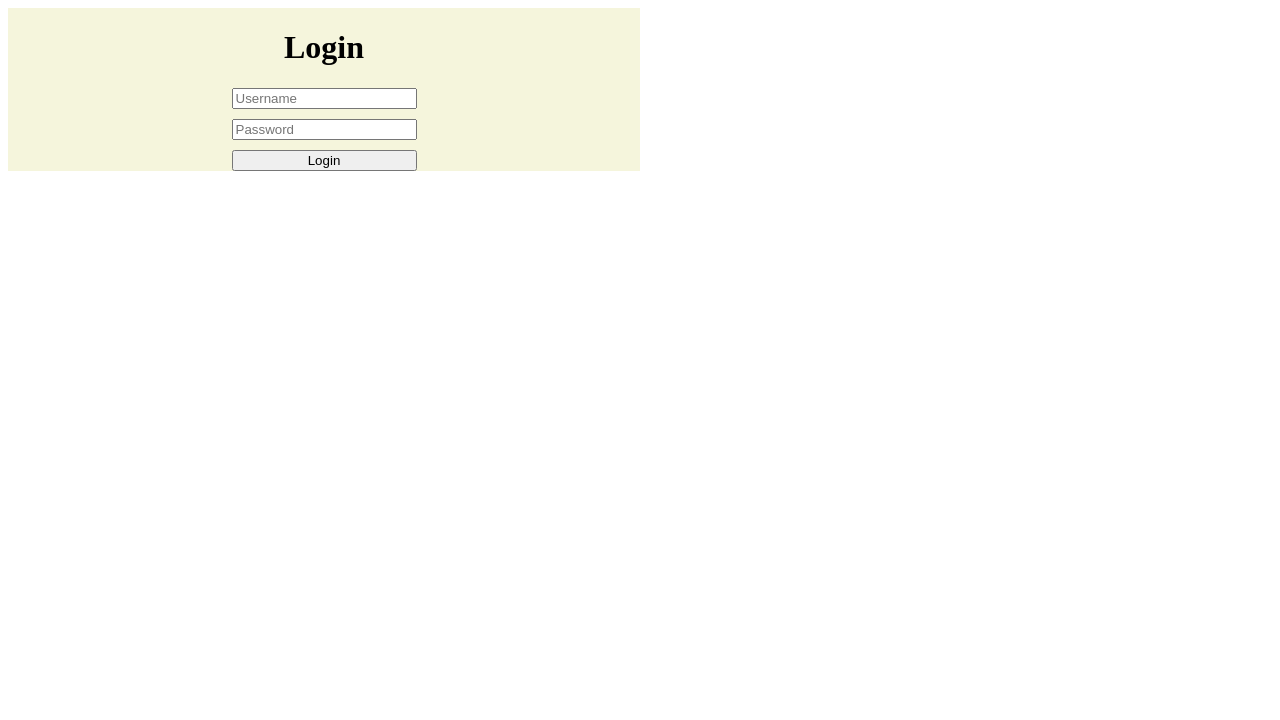
Repository: Appl3Kitti3/PROJECT_4537
Page: ClientSide/login.html
The author's editor kept a copy of each file at every save. The page is drawn from the files as they stood at one save, then again after the next save.
The browser window is 1280 px wide. The pictures show the whole page.

Above is the page before, as saved 2024-10-17 21:10:15.

### ClientSide/login.html
<!DOCTYPE html>
<html>
    <head>
        <title>Login</title>

        <style>
            .main-container
            {
                display: flex;
                flex-direction: column;
                align-items: center;
                background-color: beige;
                width: 50%;
            }

            form
            {
                display: flex;
                flex-direction: column;
                gap: 10px;
            }

        </style>
    </head>

    <body>
        <div class="main-container">
            <h1>
                Login
            </h1>

            <form
                action="./story.html">
                <input type="text" id="username" placeholder="Username" />
                <input type="password" id="password" placeholder="Password" />
                <input type="submit" value="Login" />
            </form>

        </div>
    </body>
</html>

After the next save:
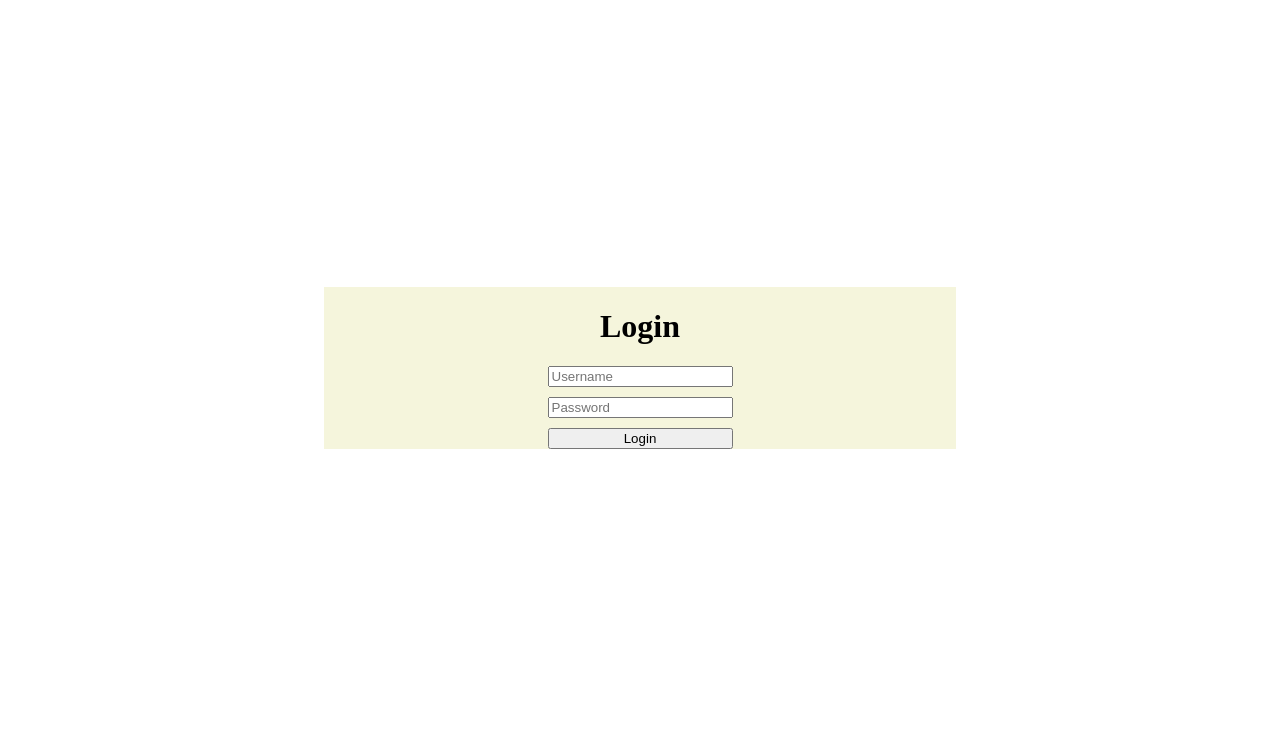
Saved 15 s later.
--- a/ClientSide/login.html
+++ b/ClientSide/login.html
@@ -20,6 +20,14 @@
                 gap: 10px;
             }
 
+            body
+            {
+                display: flex;
+                justify-content: center;
+                align-items: center;
+                height: 100vh;
+            }
+
         </style>
     </head>
 
